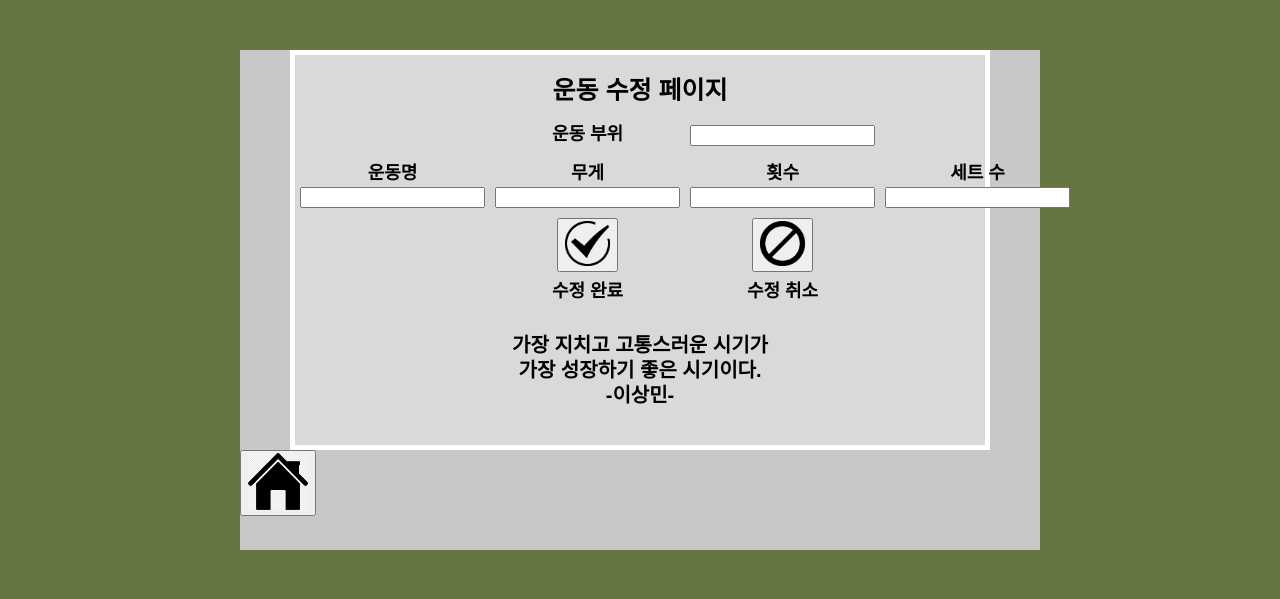
Repository: Up-Min/hrdkorea
Page: http://localhost/jsp_workout/wk_edit.jsp
The author's editor kept a copy of each file at every save. The page is drawn from the files as they stood at one save, then again after the next save.
The browser window is 1280 px wide. The pictures show the whole page.
The page is served by Tomcat 9. Other server files are loaded and not shown. The template is opened directly, without the code that normally fills it, so the values that code supplies are empty.

Above is the page before, as saved 2022-12-31 07:41:41.

### jsp_workout/src/main/webapp/wk_edit.jsp
<%@ page language="java" contentType="text/html; charset=UTF-8"
    pageEncoding="UTF-8"%>
    <%@ taglib prefix="c" uri="http://java.sun.com/jsp/jstl/core"%>
<!DOCTYPE html>
<html style="background-color: #667643;">
<head>
<meta charset="UTF-8">
<title>Insert title here</title>
<link rel="stylesheet" href="./css/style.css" />
</head>
<style>




body{
width: 800px;
height : 500px;
margin: 0 auto;
}

.workout{

width: 700px;
	height : 400px;
	text-align: center;
	color: black;
	border: 5px solid white;
	margin: 0 auto;
	margin-top: 50px;
	font-size: 18px;
	background-color: #D9D9D9;
}

.title{
	font-size: 25px;
	line-height: 30px;
	padding: 5px;
	margin-top: 15px;
	margin-bottom: 15px;
}

table{
	margin-top:10px;
	text-align: center;
	margin: 0 auto;

}

tr{
margin-top: 5px;
	padding: 5px;
}


td{
	padding: 5px;
}

.good{
	font-size: 20px;
	line-height: 25px;
}

p{
	margin-top: 10px;
}
</style>

<body>
	<%
	String num = request.getParameter("user_num");
	String wnum = request.getParameter("work_num");
	%>

	<div class="workout">
		<form action="update" method="post">
		<input type="hidden" name="user_num" value="${user_num}">
		<input type="hidden" name="wk_number" value="${workout.wk_number}">
		<input type="hidden" name="ex_number" value="${workout.ex_number}">
		<input type="hidden" name="user_id" value="${user_id}">
		<input type="hidden" name="user_pwd" value="${user_pwd}">
			<div class="day">
			<p class="title"> 운동 수정 페이지 </p>
				<table>
					<tr>
						<th> </th>
						<th>운동 부위 </th>
						<th><input type="text" name="wk_part" maxlength="20" value="${workout.wk_part}" readonly> </th>
						<th></th>
					</tr>
					<tr>
						<th> <br> </th>
					</tr>
					<tr>
						<th>운동명</th>
						<th>무게</th>
						<th>횟수</th>
						<th>세트 수</th>
					</tr>
					<tr>
						<td><input type="text" name="ex_name" maxlength="40" value="${workout.ex_name}"></td>
						<td><input type="text" name="ex_weight" maxlength="20" value="${workout.ex_weight}"></td>
						<td><input type="text" name="ex_reps" maxlength="20" value="${workout.ex_reps}"></td>
						<td><input type="text" name="ex_sets" maxlength="20" value="${workout.ex_sets}"></td>
					</tr>
					<tr>
						<td></td>
						<td>
							<button type = "submit"><img alt="check" src="./img/check.png" width="45px"></button>
							<p> 수정 완료 </p>
							</td>
							<td>
							<button onclick="chk_cancel(); return false;"> <img alt="나가기" src="./img/cancel.png" width="45px"> </button>
							<p>수정 취소</p>
						</td>
						<td></td>
					</tr>

				</table>
			</div>
		</form>
		<br>
		<p class="good">
			가장 지치고 고통스러운 시기가 <br> 가장 성장하기 좋은 시기이다. <br>
			<b> -이상민- </b>
		</p>

	</div>

			<button onclick="location.href = 'signin?user_id=${user_id}&user_pwd=${user_pwd}'"> <img alt="홈으로" src="./img/home.png" width="60px"> </button>

	<script type="text/javascript" src="./script.js"></script>
</body>

</html>

### jsp_workout/src/main/webapp/css/style.css
@charset "UTF-8";
@import url('./reset.css');

* { box-sizing: border-box; }
.video-background {
  background: #000;
  position: fixed;
  top: 0; right: 0; bottom: 0; left: 0;
  z-index: -99;
}
.video-foreground,
.video-background iframe {
  position: absolute;
  top: 0;
  left: 0;
  width: 100%;
  height: 100%;
  pointer-events: none;
}
#vidtop-content {
    top: 0;
    color: #fff;
}
.vid-info { position: absolute; top: 0; right: 0; width: 33%; background: rgba(0,0,0,0.3); color: #fff; padding: 1rem; font-family: Avenir, Helvetica, sans-serif; }
.vid-info h1 { font-size: 2rem; font-weight: 700; margin-top: 0; line-height: 1.2; }
.vid-info a { display: block; color: #fff; text-decoration: none; background: rgba(0,0,0,0.5); transition: .6s background; border-bottom: none; margin: 1rem auto; text-align: center; }
@media all and (max-width: 600px) {
.vid-info { width: 50%; padding: .5rem; }
.vid-info h1 { margin-bottom: .2rem; }
}
@media all and (max-width: 500px) {
.vid-info .acronym { display: none; }
}

*,:after,:before{box-sizing:border-box}
.clearfix:after,.clearfix:before{content:'';display:table}
.clearfix:after{clear:both;display:block}
a{color:inherit;text-decoration:none}

.login-wrap{
  width:100%;
  margin:auto;
  max-width:525px;
  min-height:670px;
  position:relative;
  box-shadow:0 12px 15px 0 rgba(0,0,0,.24),0 17px 50px 0 rgba(0,0,0,.19);
}
.login-html{
  width:100%;
  height:100%;
  position:absolute;
  padding:90px 70px 50px 70px;
  background:rgba(40,57,101,.9);
}
.login-html .sign-in-htm,
.login-html .sign-up-htm{
  top:0;
  left:0;
  right:0;
  bottom:0;
  position:absolute;
  transform:rotateY(180deg);
  backface-visibility:hidden;
  transition:all .4s linear;
}
.login-html .sign-in,
.login-html .sign-up,
.login-form .group .check{
  display:none;
}
.login-html .tab,
.login-form .group .label,
.login-form .group .button{
  text-transform:uppercase;
}
.login-html .tab{
  font-size:22px;
  margin-right:15px;
  padding-bottom:5px;
  margin:0 15px 10px 0;
  display:inline-block;
  border-bottom:2px solid transparent;
}
.login-html .sign-in:checked + .tab,
.login-html .sign-up:checked + .tab{
  color:#fff;
  border-color:#1161ee;
}
.login-form{
  min-height:345px;
  position:relative;
  perspective:1000px;
  transform-style:preserve-3d;
}
.login-form .group{
  margin-bottom:15px;
}
.login-form .group .label,
.login-form .group .input,
.login-form .group .button{
  width:100%;
  color:#fff;
  display:block;
}
.login-form .group .input,
.login-form .group .button{
  border:none;
  padding:15px 20px;
  border-radius:25px;
  background:rgba(255,255,255,.1);
}
.login-form .group input[data-type="password"]{
  text-security:circle;
  -webkit-text-security:circle;
}
.login-form .group .label{
  color:#aaa;
  font-size:12px;
}
.login-form .group .button{
  background:#1161ee;
}
.login-form .group label .icon{
  width:15px;
  height:15px;
  border-radius:2px;
  position:relative;
  display:inline-block;
  background:rgba(255,255,255,.1);
}
.login-form .group label .icon:before,
.login-form .group label .icon:after{
  content:'';
  width:10px;
  height:2px;
  background:#fff;
  position:absolute;
  transition:all .2s ease-in-out 0s;
}
.login-form .group label .icon:before{
  left:3px;
  width:5px;
  bottom:6px;
  transform:scale(0) rotate(0);
}
.login-form .group label .icon:after{
  top:6px;
  right:0;
  transform:scale(0) rotate(0);
}
.login-form .group .check:checked + label{
  color:#fff;
}
.login-form .group .check:checked + label .icon{
  background:#1161ee;
}
.login-form .group .check:checked + label .icon:before{
  transform:scale(1) rotate(45deg);
}
.login-form .group .check:checked + label .icon:after{
  transform:scale(1) rotate(-45deg);
}
.login-html .sign-in:checked + .tab + .sign-up + .tab + .login-form .sign-in-htm{
  transform:rotate(0);
}
.login-html .sign-up:checked + .tab + .login-form .sign-up-htm{
  transform:rotate(0);
}

body{
  margin:0;
  color:#6a6f8c;
  background:#c8c8c8;
  font:600 16px/18px 'Open Sans',sans-serif;
}

.all{
	top : 100px;
	width: 800px;

}

ul{
	list-style: none;
}

tr:hover{
	cursor: pointer;
}

.hr{
  height:2px;
  margin:60px 0 50px 0;
  background:rgba(255,255,255,.2);
}
.foot-lnk{
  text-align:center;
}

### jsp_workout/src/main/webapp/css/reset.css
/* 홈페이지 초기화 reset.css */

/* http://meyerweb.com/eric/tools/css/reset/
   v2.0 | 20110126
   License: none (public domain)
*/

html, body, div, span, applet, object, iframe,
h1, h2, h3, h4, h5, h6, p, blockquote, pre,
a, abbr, acronym, address, big, cite, code,
del, dfn, em, img, ins, kbd, q, s, samp,
small, strike, strong, sub, sup, tt, var,
b, u, i, center,
dl, dt, dd, ol, ul, li,
fieldset, form, label, legend,
table, caption, tbody, tfoot, thead, tr, th, td,
article, aside, canvas, details, embed,
figure, figcaption, footer, header, hgroup,
menu, nav, output, ruby, section, summary,
time, mark, audio, video {
	margin: 0;
	padding: 0;
	border: 0;
	font-size: 100%;
	font: inherit;
	vertical-align: baseline;
	font-family: 'Jua', sans-serif;
}
/* HTML5 display-role reset for older browsers */
article, aside, details, figcaption, figure,
footer, header, hgroup, menu, nav, section {
	display: block;
}
body {
	line-height: 1;
}
ol, ul {
	list-style: none;
}
blockquote, q {
	quotes: none;
}
blockquote:before, blockquote:after,
q:before, q:after {
	content: '';
	content: none;
}
table {
	border-collapse: collapse;
	border-spacing: 0;
}

/* 추가 */

a { text-decoration: none !important;
	color: black;
}

header, footer, section {
	box-sizing:border-box;
}

iframe { /* 영상때문에 쓰임. 영상 크기 맞춰둠. */
	width: 100%;
}

### jsp_workout/src/main/webapp/script.js
/**
 *
 */

 function signup(){
	 var f = document.signup_form;

	 if(f.user_id == ''){
		 alert ("아이디를 입력해 주십시오.");
		 return false;
	 }
	 if(f.user_pwd == ''){
		 alert ("비밀번호를 입력해 주십시오.");
		 return false;
	 }
	 if(f.user_email == ''){
		 alert ("이메일 주소를 입력해 주십시오.");
		 return false;
	 }

	 alert("회원가입이 완료 되었습니다!");
	 f.submit();
 }

 function chk_form(){
	 var f = document.wk_insert;
	 f.submit();
 }

 function chk_cancel(user_id, user_pwd){
	 const result = confirm("하시던 운동을 취소하시겠습니까?");
	 if(result){
	 location.href = "/jsp_workout/main?user_id="+user_id +"&user_pwd="+user_pwd;
	 }else{
		 return false;
	 }
 }

After the next save:
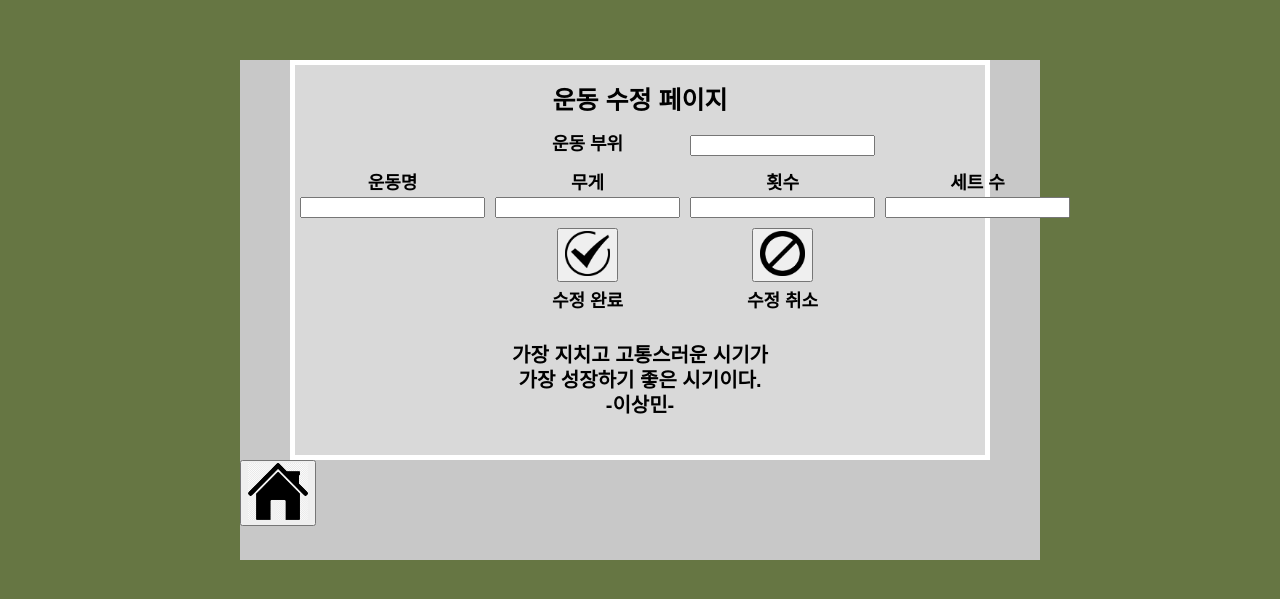
Saved 35 s later.
--- a/jsp_workout/src/main/webapp/wk_edit.jsp
+++ b/jsp_workout/src/main/webapp/wk_edit.jsp
@@ -27,7 +27,7 @@
 	color: black;
 	border: 5px solid white;
 	margin: 0 auto;
-	margin-top: 50px;
+	margin-top: 60px;
 	font-size: 18px;
 	background-color: #D9D9D9;
 }

After the save that followed:
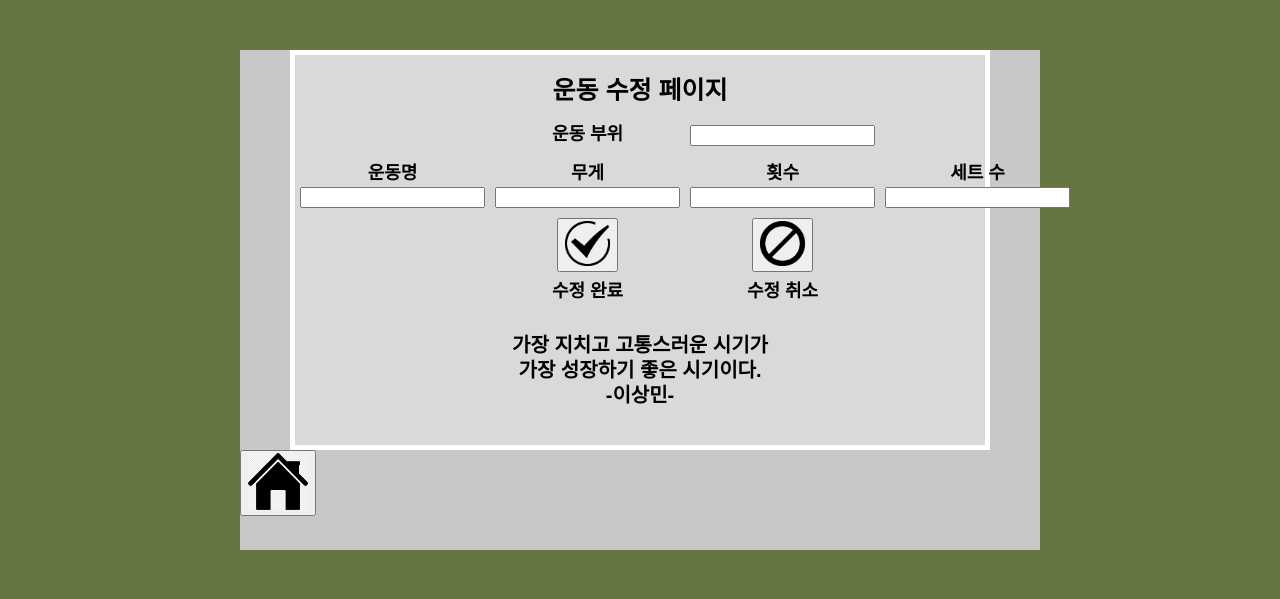
Saved 5 s later.
--- a/jsp_workout/src/main/webapp/wk_edit.jsp
+++ b/jsp_workout/src/main/webapp/wk_edit.jsp
@@ -27,7 +27,7 @@
 	color: black;
 	border: 5px solid white;
 	margin: 0 auto;
-	margin-top: 60px;
+	margin-top: 50px;
 	font-size: 18px;
 	background-color: #D9D9D9;
 }
